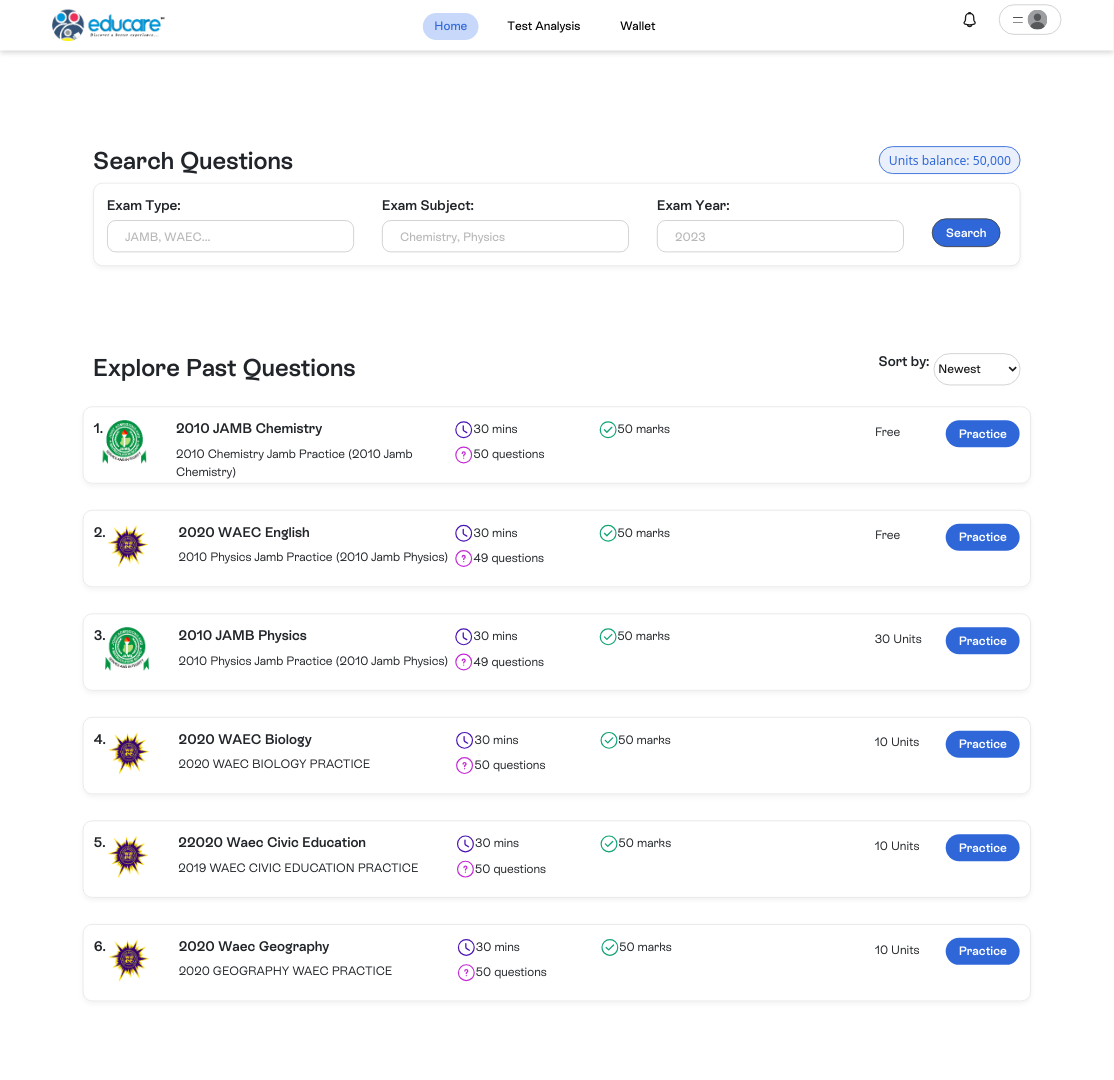
Repository: sarahnnanyelugo/educare-cbt
Page: /exam-list
These files come from the project's save history. The page is drawn as it stood at one moment and after the next save; the edit follows.
The browser window is 1280 px wide. The pictures show the whole page, at 87% of full size.
The project was rebuilt for these pictures with package versions that can differ from the ones it lists, and the page was loaded fresh each time. Also part of the build but not shown: src/components/Form/SignUpForm.js, src/pages/AuthenticationPage/auth.scss, src/pages/AuthenticationPage/AuthenticationPage.js, src/components/TestModal/test-modal.scss, src/components/EducareNavBar/MenuLink/menu-link.scss, src/components/EducareNavBar/MenuLink/MenuLink.js, src/components/EducareNavBar/MenuTab/MenuTab.js, src/components/EducareNavBar/MobileDrop/Mobile-drop.js and 42 more. Imported but missing from the stored project, and not drawn on this page: src/components/Form/Password, src/components/GoogleButton/GoogleButton.

Above is the page before, as saved 2023-11-13 18:49:26.

### src/App.css
@font-face {
  font-family: rebondG;
  src: url(./assets/fonts/Rebond_font/RebondG.otf);
}
@font-face {
  font-family: rebondG-Bold;
  src: url(./assets/fonts/Rebond_font/RebondG-Bold.otf);
}
@font-face {
  font-family: rebondG-Semi-Bold;
  src: url(./assets/fonts/Rebond_font/Rebond-semibold.otf);
}
@font-face {
  font-family: rebondG-Medium;
  src: url(./assets/fonts/Rebond_font/RebondGrotesqueMedium.otf);
}
@font-face {
  font-family: rebondBook;
  src: url(./assets/fonts/Rebond_font/RebondG-Book.ttf);
}

h1,
h2,
h3,
h4,
h5,
h6 {
  font-family: rebondG-Semi-Bold;
}

p {
  font-family: rebondBook;
  font-size: 16px;
}
small {
  font-family: rebondBook;
}
button {
  font-family: rebondG-Semi-Bold;
}
ul li {
  font-family: rebondG-Medium;
}
@media screen and (min-width: 620px) {
  .flexy {
    display: flex;
  }
}
@media screen and (max-width: 620px) {
  .flexyM {
    display: flex;
  }
}
hr {
  border-color: #a4a2a2 !important;
}

### src/components/Exams/Exams.js
import React, { useState } from "react";
import "./exams.scss";
import Time from "../../assets/images/time.svg";
import Question from "../../assets/images/question.svg";
import Tick from "../../assets/images/tick.svg";
import Table from "react-bootstrap/Table";
import { TestModal } from "../TestModal/TestModal";
import { Link } from "react-router-dom";

export const Exams = ({ data }) => {
  const [user, setUser] = useState(JSON.parse(sessionStorage.getItem("user")));
  return (
    <>
      <div className="questions-div  col-12">
        <Table>
          <tbody>
            <tr>
              <td>
                {" "}
                <h6>{data.num}.</h6>
              </td>
              <td className="col-md-1">
                {" "}
                <img
                  src={data.examType}
                  alt="logo"
                  width="50px"
                  height="50px"
                  className="examlogo"
                />
              </td>
              <td className="col-md-4 col-6">
                {" "}
                <h6>{data.examYearTypeSubject}</h6>
                <p>{data.examDetails}</p>
              </td>
              <td className="col-md-2 col-4">
                {" "}
                <div className="flexy" style={{ marginBottom: "7px" }}>
                  <img src={Time} alt="logo" width="22px" height="22px" />
                  <small>{data.examDuration}</small>
                </div>
                <div className="flexy">
                  <img src={Question} alt="logo" width="22px" height="22px" />
                  <small>{data.questionNum}</small>
                </div>
              </td>
              <td className="col-md-4">
                {" "}
                <div className="flexy">
                  <img src={Tick} alt="logo" width="22px" height="22px" />
                  <small>{data.examMarks}</small>
                </div>
              </td>
              <td className="col-md-2">
                {" "}
                <small>{data.unitNum}</small>
              </td>
              <td>
                {user === undefined ? (
                  <Link to={"/authenticate"}>
                    {" "}
                    <button>Practice</button>
                  </Link>
                ) : (
                  <TestModal />
                )}
              </td>
            </tr>
          </tbody>
        </Table>
      </div>
    </>
  );
};

### src/pages/ExamList/exam-list.scss
@import "../../variables";
@import "../../shared-styles";

.home-div {
  padding-top: 60px;
  padding-bottom: 60px;
  .unit {
    h3 {
      flex-grow: 1;
    }
    button {
      color: #2f67d8;
      background: #2f67d81a;
      border: solid 1px #2f67d8;
      width: 163px;
      font-size: 14px;
      height: 32px;
      border-radius: 100px;
      @media screen and (max-width: 620px) {
        width: 140px;
        font-size: 12px;
      }
    }
    @media screen and (max-width: 620px) {
      margin-bottom: 10px;
    }
  }
  .question-type-div {
    border-radius: 11px;
    background: #ffffff;
    padding: 15px;
    border: solid 1px #e7e7e7;
    box-shadow: 0px 3px 6px #0000000d;
    input {
      width: 90%;
      border: solid 1px #cecbcb;
      height: 37px;
      border-radius: 10px;
      background: #fff;
      padding-left: 20px;
      @media screen and (max-width: 620px) {
        width: 100%;
      }
    }
    ::placeholder {
      color: #191919 !important;
      text-align: left;
      opacity: 0.3;
      font-size: 14px !important;
      font-family: rebondG-Medium;
    }
    button {
      @include main-btn;
      margin-top: 25px;
    }
    h6 {
      @media screen and (max-width: 620px) {
        margin-top: 30px;
      }
    }
  }
  .sort {
    margin-top: 100px;
    margin-bottom: 20px;
    h3 {
      flex-grow: 1;
      @media screen and (max-width: 620px) {
        font-size: 16px;
        margin-top: 10px;
      }
    }
    h6 {
      // margin-top: 10px;
      margin-right: 5px;
    }
    select {
      border: solid 1px #cecbcb;
      border-radius: 35px;
      width: 100px;
      height: 37px;
      background: #fff;
      font-family: rebondG-Medium;
      font-size: 14px;
      color: #191919;
    }
  }
}

### src/components/Navbar/navbar.scss
.nav-container {
  padding: 5px 60px;
  box-shadow: 0px 3px 6px #00000029;
  background: #fff;
  @media screen and (max-width: 620px) {
    padding: 15px 5px;
  }
  .logo-holder {
    flex-grow: 1;
    img {
      width: 50%;
      @media screen and (max-width: 620px) {
        width: 100%;
      }
    }
  }
  .navs {
    flex-grow: 1;

    .navlinks {
      button {
        margin: 0 10px;
        padding: 5px 13px;
        border: none;
        color: #000;
        margin-top: 10px;
        text-decoration: none;
        font-size: 14px;
        border-radius: 100px;
        background: #fff;
        font-family: rebondG-Medium;
        @media screen and (max-width: 620px) {
          margin: 0 0px;
        }
      }
    }
  }
}
.active {
  button {
    color: #2f67d8 !important;
    background: #c7d8fa !important;
  }
}
.hide {
  display: none;
}
.meu-holder {
  width: 72px;
  height: 35px;
  background: var(--unnamed-color-ffffff) 0% 0% no-repeat padding-box;
  border: 1px solid var(--unnamed-color-cecbcb);
  background: #ffffff 0% 0% no-repeat padding-box;
  border: 1px solid #cecbcb;
  border-radius: 100px;
  padding-left: 15px;
  padding-top: 3px;
  margin-left: 15px;
  .menu-icon {
    width: 12px;
    height: 8px;
    margin-right: 5px;
  }
  .person {
    height: 23px;
    width: 23px;
  }
}

### src/pages/TestInstructions/test-instructions.scss
@import "../../variables";
@import "../../shared-styles";

.test-instructions-div {
  padding-top: 80px;
  padding-bottom: 250px;
  background: url("../../assets/images/brush-bg.png");
  background-size: cover;
  background-repeat: no-repeat;
  //   background-position: center;
  @media screen and (max-width: 620px) {
    padding-left: 10px;
    padding-right: 10px;
  }
  .T-instructions {
    border: 1px solid #e7e7e7;
    box-shadow: 0px 3px 6px #0000000d;
    border-radius: 10px;
    height: 444px;
    background: #fff;
    padding: 30px 20px;
    @media screen and (max-width: 620px) {
      height: fit-content;
    }
    .title-div {
      border-bottom: 1px solid #e7e7e7;
    }
    .inner {
      margin-top: 30px;
      h6 {
        margin-bottom: 20px;
        font-size: 16px;
      }
      p {
        font-size: 16px;
      }
      .proceed-btn {
        @include main-btn;
      }
      .back-btn {
        border: 1px solid #2f67d8;
        color: #2f67d8;
        background: #fff;
        border-radius: 100px;
        width: 91px;
        height: 36px;
        font-size: 14px;
      }
      .instruction-btns {
        margin-top: 250px;
        @media screen and (max-width: 620px) {
          margin-top: 120px;
        }
      }
    }
    ul {
      margin-top: 60px;
    }
    ul li {
      color: #d52143;
      font-size: 14px;
      img {
        margin-right: 7px;
      }
    }
  }
}

### src/pages/Wallet/wallet.scss
@import "../../variables";
@import "../../shared-styles";

.balance-sheet {
  height: 146px;
  border: 1px solid var(--unnamed-color-2f67d8);
  background: #2f67d81a 0% 0% no-repeat padding-box;
  box-shadow: 0px 3px 6px #0000000d;
  border: 1px solid #2f67d8;
  border-radius: 10px;
  padding: 20px;
  button {
    @include main-btn;
    margin-top: 40px;
  }
  h1 {
    font-family: rebondG-Bold;
  }
}
.activity-div {
  height: 106px;
  background: var(--unnamed-color-ffffff) 0% 0% no-repeat padding-box;
  background: #ffffff 0% 0% no-repeat padding-box;
  box-shadow: 0px 3px 6px #0000000d;
  border: 1px solid #e7e7e7;
  border-radius: 11px;
  padding: 0px 20px;
  margin-top: 20px;
  small {
    font-size: 12px;
    color: #191919;
    opacity: 0.5;
  }
  p {
    font-size: 14px;
    color: #191919;
    opacity: 0.5;
    line-height: 20px;
  }
  h6 {
    // margin: 0 !important;
  }
  img {
    height: 49px;
    width: 50px;
    margin-top: 20px;
  }
}

.your-div {
  opacity: 0;
  transform: translateY(100%);
  transition: opacity 0.5s, transform 0.5s;
}

.your-div.slide-in {
  opacity: 1;
  transform: translateY(0);
}

/* Add a delay for each div */
.your-div:nth-child(1) {
  transition-delay: 0.5s;
}

.your-div:nth-child(2) {
  transition-delay: 1s;
}

.your-div:nth-child(3) {
  transition-delay: 1.5s;
}
.your-div:nth-child(4) {
  transition-delay: 2s;
}

/* Add more rules for additional divs */

### src/pages/SummaryPage/summary.scss
@import "../../variables";
@import "../../shared-styles";

.test-instructions-div {
  padding-top: 80px;
  padding-bottom: 250px;
  background: url("../../assets/images/brush-bg.png");
  background-size: cover;
  background-repeat: no-repeat;
  .test-body {
    height: 394px;
    box-shadow: 0px 3px 6px #0000000d;
    border: 1px solid #e7e7e7;
    border-radius: 10px;
    background: #fff;
    h3 {
      color: #191919;
      font-family: rebondG-Bold;
      font-size: 20px;
    }

    .attempts-btn {
      border-bottom: solid 1px #e7e7e7;
    }
  }
  .return-btn {
    padding: 5px 10px;
    background: #2f67d8;
    border: solid 1px #414244;
    border-radius: 100px;
    font-family: rebondG-Semi-Bold;
    color: #fff;
    font-size: 14px;
  }
}
.summary-btn {
  border: solid 1px #2f67d8;
  box-shadow: 0px 3px 6px #0000000d;
  border-radius: 10px;
  width: 94px;
  height: 52px;
  color: #2f67d8;
  font-family: rebondG-Bold;

  background: #2f67d81a;
  font-size: 14px;
}
.submit-query {
  padding-top: 20px;
  padding-bottom: 20px;
}

### src/components/Exams/exams.scss
@import "../../variables";
@import "../../shared-styles";

.questions-div {
  border: 1px solid #e7e7e7;
  border-radius: 11px;
  box-shadow: 0px 3px 6px #0000000d;
  height: 89px;
  margin-bottom: 30px;
  padding-top: 15px;

  @media screen and (max-width: 620px) {
    height: fit-content;
    overflow: scroll;
  }
  h6 {
    font-size: 16px;
  }
  p {
    font-size: 14px;
  }
  button {
    @include main-btn;
  }

  tr td {
    border: none;
    padding: 0 !important;
    text-align: left;
    // overflow: scroll;
    small {
      font-size: 14px;
    }
  }
}

### src/_variables.scss
$blue: #0098da;
$lightblue: #e1f2fa;
$purple: #5044b2;
@mixin get-started-button {
  color: #fff;
  border-radius: 35px;
  border: solid 1px #414244;
  padding: 8px 20px;
  font-size: 14px;
  font-family: rebondG-Semi-Bold;

  // &:hover {
  //   background: #30266b;
  //   transition: 0.5s ease;
  // }
}
@mixin main-btn {
  background: #2f67d8 !important;
  color: #fff;
  border-radius: 100px;
  // width: 91px;
  // height: 36px;
  padding: 5px 15px;
  font-size: 14px;
  border: solid 1px #414244;
  font-family: rebondG-Semi-Bold;

  &:hover {
    background: #1e4ba7 !important;
    transition: 0.5s ease;
  }
}
@mixin login-or-signup-button {
  background: #fff !important;
  color: #414244;
  border-radius: 32px;
  padding: 5px 15px;
  font-size: 14px;
  // font-weight: bold;
  border: none;
  border: solid 2px rgb(230, 225, 225);
  font-family: rebondG-Semi-Bold;

  &:hover {
    background: rgb(231, 231, 231) !important;
    transition: 0.5s ease;
  }
}

### src/_shared-styles.scss
.mt1 {
  margin-top: 10px;
}
.mt2 {
  margin-top: 20px;
}
.mt3 {
  margin-top: 30px;
}
.mt4 {
  margin-top: 40px;
}
.mt5 {
  margin-top: 50px;
}
.mt6 {
  margin-top: 60px;
}
.mt7 {
  margin-top: 70px;
}
.mt8 {
  margin-top: 80px;
}
.mt9 {
  margin-top: 90px;
}
.mt {
  margin-top: 140px;
}
.mtt {
  margin-top: 200px;
}
.bb {
  border-bottom: solid 1px rgb(233, 229, 229);
}
.bt {
  border-top: solid 1px rgb(233, 229, 229);
}
.pd {
  padding: 80px 0;
}
.br {
  border-right: solid 1px rgb(233, 229, 229);
}
.no-m {
  @media screen and (max-width: 620px) {
    margin: 0 !important;
  }
}
.ml {
  margin-left: 10px;
}
.ml4 {
  margin-left: 40px;
}
.ml3 {
  margin-left: 30px;
}

.features-link {
  color: #191919;
  text-decoration: none;
  &:hover {
    color: #191919;
  }
}

.mb5 {
  margin-bottom: 50px;
}
.mb4 {
  margin-bottom: 40px;
}

.no-margin {
  @media screen and (max-width: 620px) {
    margin-top: 0px !important;
    text-align: center;
  }
}
.grad2 {
  background: rgb(255, 255, 255);
  background: linear-gradient(
    180deg,
    rgba(255, 255, 255, 1) 28%,
    rgba(240, 240, 240, 1) 48%,
    rgba(255, 255, 255, 1) 75%
  );
}
.dn {
  @media screen and (max-width: 620px) {
    display: none;
  }
}
.dnW {
  @media screen and (min-width: 620px) {
    display: none;
  }
}
.dnM {
  @media screen and (max-width: 620px) {
    display: none;
  }
}
.img-resolv {
  width: 90%;
  @media screen and (max-width: 620px) {
    width: 100%;
  }
}
.link {
  font-size: 12px;
  text-decoration: none;
  color: #000;
  font-family: rebondG-Semi-Bold;
  margin-bottom: 0 !important;
}
.link2 {
  font-size: 12px;
  text-decoration: none;
  color: #2f67d8;
  font-family: rebondG-Semi-Bold;
}
.mobileview {
  @media screen and (min-width: 620px) {
    display: none;
  }
}

### src/pages/TestAnalysis/Analysis/analysis.scss
@import "../../../variables";
@import "../../../shared-styles";

.analysis-div {
  padding-top: 15px;

  @media screen and (max-width: 620px) {
    height: fit-content;
    overflow: scroll;
  }
  button {
    @include main-btn;
  }
  h6 {
    font-size: 16px;
  }
  p {
    font-size: 14px;
  }
  button {
    @include main-btn;
  }

  tr td {
    border: none;
    padding-top: 10px !important;
    padding-bottom: 5px !important;
    text-align: left;
    // border-top: 1px solid #e7e7e7;
    // border-bottom: 1px solid #e7e7e7;
    small {
      font-size: 14px;
    }
  }
  th {
    font-size: 16px;
    padding-top: 15px;
    padding-bottom: 15px;

    font-family: rebondG-Semi-Bold;
    color: #191919;
  }
}

### src/components/EducareNavBar/MenuTab/_menu-tab.scss
@import "../../../variables";
@import "../../../shared-styles";

.nav-pills .nav-link.active {
  color: #0098da !important;

  border-radius: 0 !important;
  transition: 1s ease !important;
  font-size: 13px !important;
  // margin-left: -4px;
  background: transparent !important;
}
.nav-link {
  color: #161617 !important;
  font-family: rebondG-Semi-Bold;
  padding: 0px !important;
  font-size: 14px !important;
  padding: 5px 0px 5px 0 !important;
  margin-top: 10px;
  width: 100%;
  &:hover {
    color: #161617 !important;
    // background: #e7e7e7;
  }
}
.menu-links {
  span {
    margin-left: 20px;
  }
}
.nav-rowed {
}
.tab-headerss {
  padding-left: 40px;
  @media screen and (max-width: 620px) {
    padding: 0;
  }
  .drop-down-nav {
    color: #161617 !important;
    font-family: rebondG-Semi-Bold;
    padding: 0px !important;
    padding-left: 10px !important;
    font-size: 14px !important;
    line-height: 35px !important;
    &:hover {
      color: #0098da !important;
    }
  }
}

.tab-content {
  background: #fff;
  // margin-left: -14px;
  padding: 10px;
  padding-left: 30px;
  color: #000;
  @media screen and (max-width: 620px) {
    padding: 0;
  }
}

### src/components/EducareNavBar/MobileDrop/mobile-drop.scss
@import "../../../variables";
@import "../../../shared-styles";

.mobile-drop-container {
  .accordion-button::after {
    margin-left: 20px !important;
    margin-top: 0px !important;
  }
  .accordion-header {
    background: none !important;
    // padding-bottom: 80px;
  }

  .accordion-body {
  }
  .accordion-button:not(.collapsed) {
    border: none !important;
    box-shadow: none !important;
  }

  .accordion-button:focus {
    outline: none !important;
    color: #161617 !important;
  }
  .accordion-button:hover {
    outline: none !important;
    background: none !important;
  }
  .accordion-button {
    padding-left: 15px !important;
    padding: 0 !important;
    box-shadow: none !important;
    margin-bottom: 20px;
  }
  .accordion-button::after {
    background-image: none !important;
    content: "\02C7";
    font-size: 25px !important;
    color: black !important;
    margin-top: 5px !important;
    font-weight: bold !important;
  }
  .accordion-button:not(.collapsed)::after {
    content: "\02C6" !important;
    margin-top: -5px !important;
  }
  .accordion-button:not(.collapsed) {
    color: black !important;
    box-shadow: none !important;
    border: none !important;
  }
}
.accordion {
  background: none !important;
}

Loaded but not shown: public/index.html (common file); src/index.js (common file); src/index.css (common file); src/reportWebVitals.js (common file); src/components/scrollToTop.js (common file); src/TestData/questionsData.js (1013 lines, source omitted); src/TestData/MenuLinksData.js (206 lines, source omitted); src/TestData/summaryData.js (82 lines, source omitted); src/components/TestModal/TestModal.js (74 lines, source omitted); src/components/Navbar/Navbar.js (83 lines, source omitted); src/pages/ExamList/ExamList.js (67 lines, source omitted); src/App.js (42 lines, source omitted); src/TestData/analysisData.js (85 lines, source omitted); src/TestData/examsData.js (65 lines, source omitted); src/TestData/index.js (5 lines, source omitted); src/components/EducareNavBar/_educare-navbar.scss (466 lines, source omitted); src/components/Form/form.scss (213 lines, source omitted); src/pages/Question/question.scss (143 lines, source omitted); src/pages/AnalysisDashboard/analysis-dashboard.scss (136 lines, source omitted); src/pages/Home/home.scss (129 lines, source omitted)

After the next save:
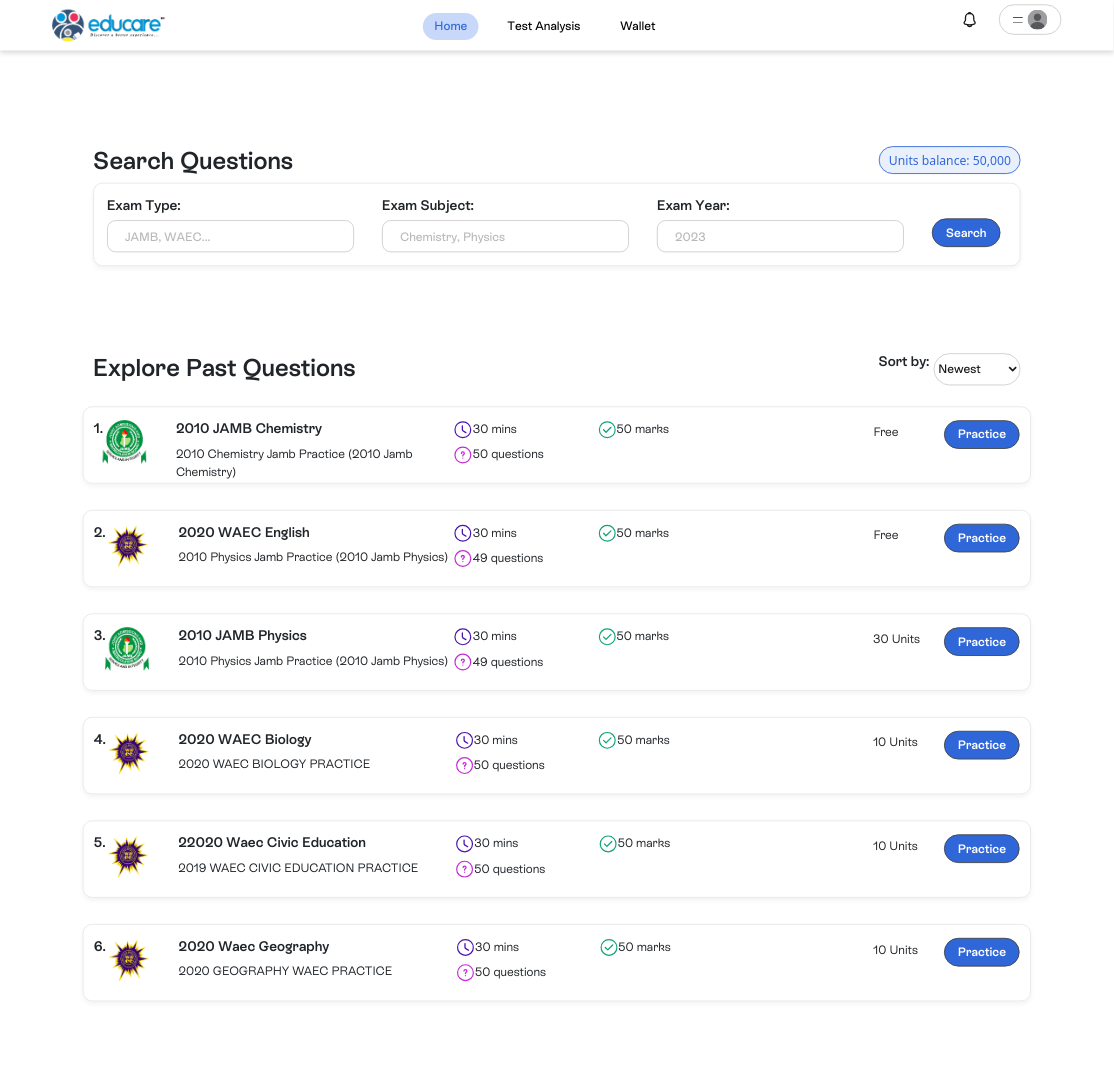
Saved 24 s later.
--- a/src/components/Exams/Exams.js
+++ b/src/components/Exams/Exams.js
@@ -57,7 +57,7 @@
                 <small>{data.unitNum}</small>
               </td>
               <td>
-                {user === undefined ? (
+                {user !== undefined ? (
                   <Link to={"/authenticate"}>
                     {" "}
                     <button>Practice</button>

After the save that followed:
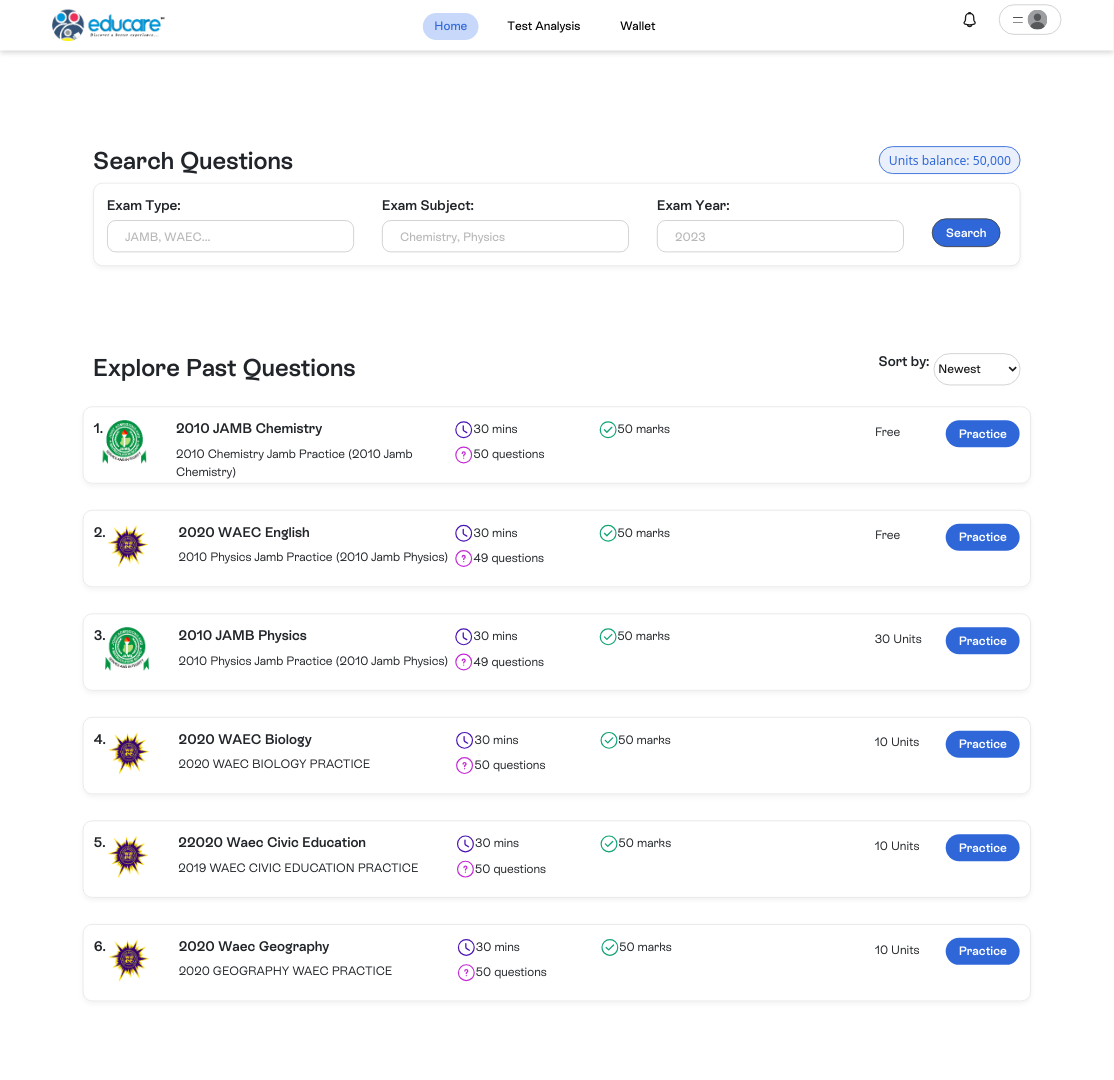
Saved 53 s later.
--- a/src/components/Exams/Exams.js
+++ b/src/components/Exams/Exams.js
@@ -58,12 +58,12 @@
               </td>
               <td>
                 {user !== undefined ? (
+                  <TestModal />
+                ) : (
                   <Link to={"/authenticate"}>
                     {" "}
                     <button>Practice</button>
                   </Link>
-                ) : (
-                  <TestModal />
                 )}
               </td>
             </tr>
